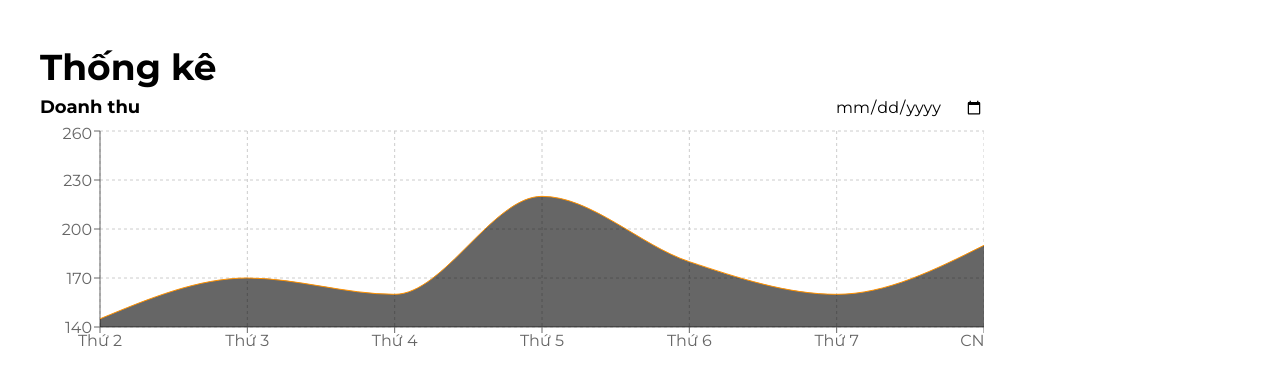
Repository: iphoneboy46/AltaMediaCMS
Page: /
These files come from the project's save history. The page is drawn as it stood at one moment and after the next save; the edit follows.
The browser window is 1280 px wide. The pictures show the whole page.
Some web libraries are served in a nearby version. The project was rebuilt for these pictures with package versions that can differ from the ones it lists, and the page was loaded fresh each time.

Above is the page before, as saved 2023-03-26 22:27:52.

After the next save:
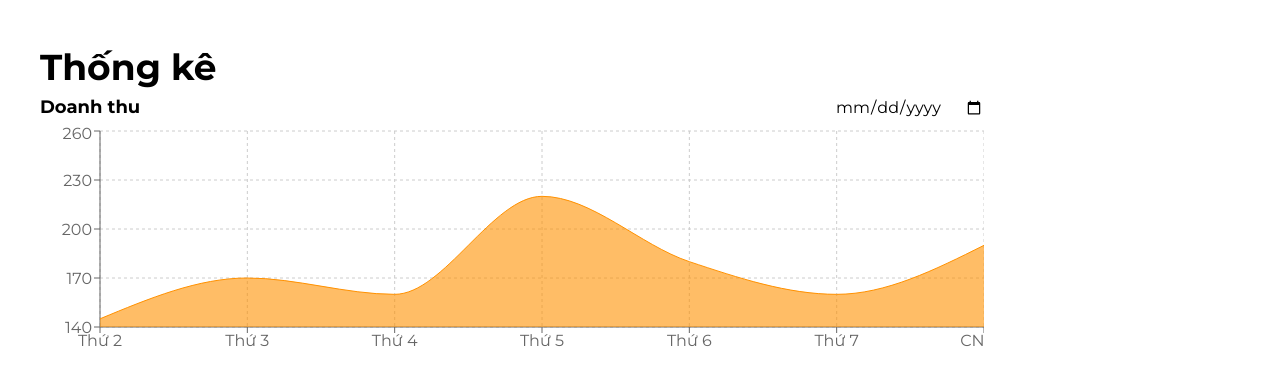
Saved 7 s later.
--- a/src/components/Charts/Charts.tsx
+++ b/src/components/Charts/Charts.tsx
@@ -72,7 +72,7 @@ function Charts() {
             dataKey="uv"
             stackId="1"
             stroke="#FF9100"
-            fill="#000"
+            fill="#FF9100"
           />
         </AreaChart>
       </ResponsiveContainer>
